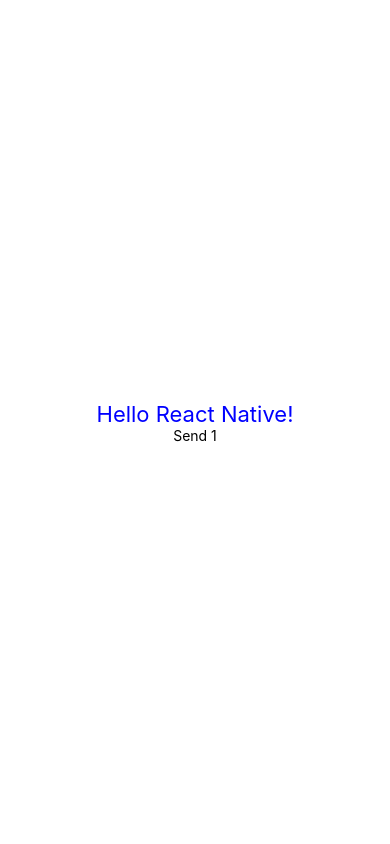
Repository: georgehgfonseca/nlw-esports
Screen: /
An editor plug-in stored every save of this project. The screen is shown before and after the next save, followed by the edit.
The app was drawn by React Native's web renderer in a window 390 px wide. The project was rebuilt for these pictures with package versions that can differ from the ones it lists, and the page was loaded fresh each time.

Above is the screen before, as saved 2022-09-18 22:13:44.

### App.tsx
import { StatusBar } from "expo-status-bar";
import { StyleSheet, Text, View, TouchableOpacity } from "react-native";

interface ButtonProps {
  title: string;
}

function Button(props: ButtonProps) {
  return (
    <TouchableOpacity>
      <Text>{props.title}</Text>
    </TouchableOpacity>
  );
}

export default function App() {
  return (
    <View style={styles.container}>
      <Text style={styles.title}>Hello React Native!</Text>
      <Button title="Send 1"></Button>
      <StatusBar style="auto" />
    </View>
  );
}

const styles = StyleSheet.create({
  container: {
    flex: 1,
    backgroundColor: "#fff",
    alignItems: "center",
    justifyContent: "center",
  },
  title: {
    color: "#0000ff",
    fontSize: 22,
  },
});

After the next save:
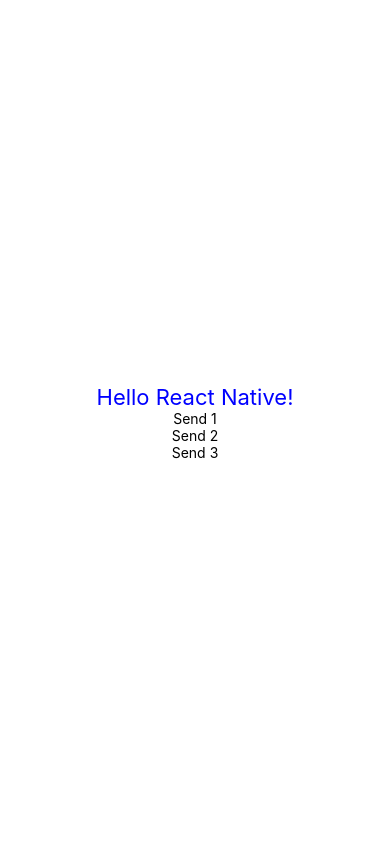
Saved 17 s later.
--- a/App.tsx
+++ b/App.tsx
@@ -18,6 +18,8 @@
     <View style={styles.container}>
       <Text style={styles.title}>Hello React Native!</Text>
       <Button title="Send 1"></Button>
+      <Button title="Send 2"></Button>
+      <Button title="Send 3"></Button>
       <StatusBar style="auto" />
     </View>
   );
